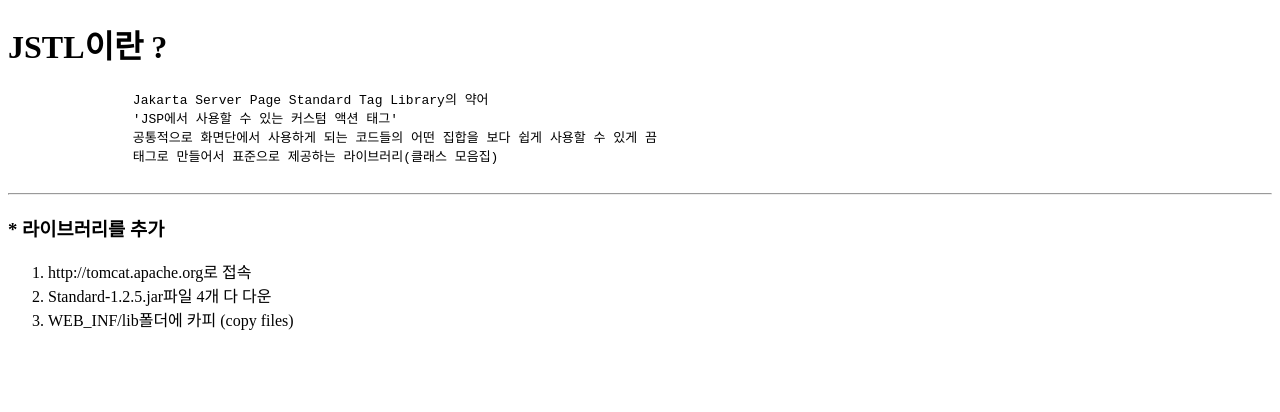
Repository: ham-zi/front-practice
Page: http://localhost/ActionProject/jstl.do
These files come from the project's save history. The page is drawn as it stood at one moment and after the next save; the edit follows.
The browser window is 1280 px wide. The pictures show the whole page.
The page is served by Tomcat 9.

Above is the page before, as saved 2026-05-06 08:40:09.

After the next save:
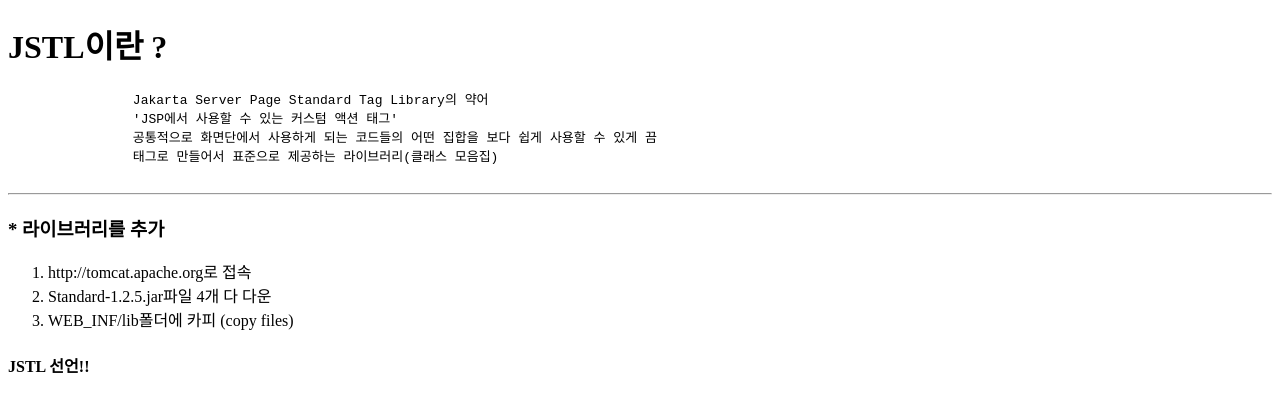
Saved 3 min 16 s later.
--- a/dynamic-workspace/ActionProject/src/main/webapp/WEB-INF/views/custom/JSTL.jsp
+++ b/dynamic-workspace/ActionProject/src/main/webapp/WEB-INF/views/custom/JSTL.jsp
@@ -1,5 +1,6 @@
 <%@ page language="java" contentType="text/html; charset=UTF-8"
     pageEncoding="UTF-8"%>
+<%@ taglib prefix="c" uri="http://java.sun.com/jsp/jstl/core" %>
 <!DOCTYPE html>
 <html>
 <head>
@@ -28,8 +29,9 @@
 		<li> http://tomcat.apache.org로 접속</li>
 		<li> Standard-1.2.5.jar파일 4개 다 다운</li>
 		<li> WEB_INF/lib폴더에 카피 (copy files)</li>
+	</ol>
 
-	</ol>
+	<h4> JSTL 선언!! </h4>
 
 
 
